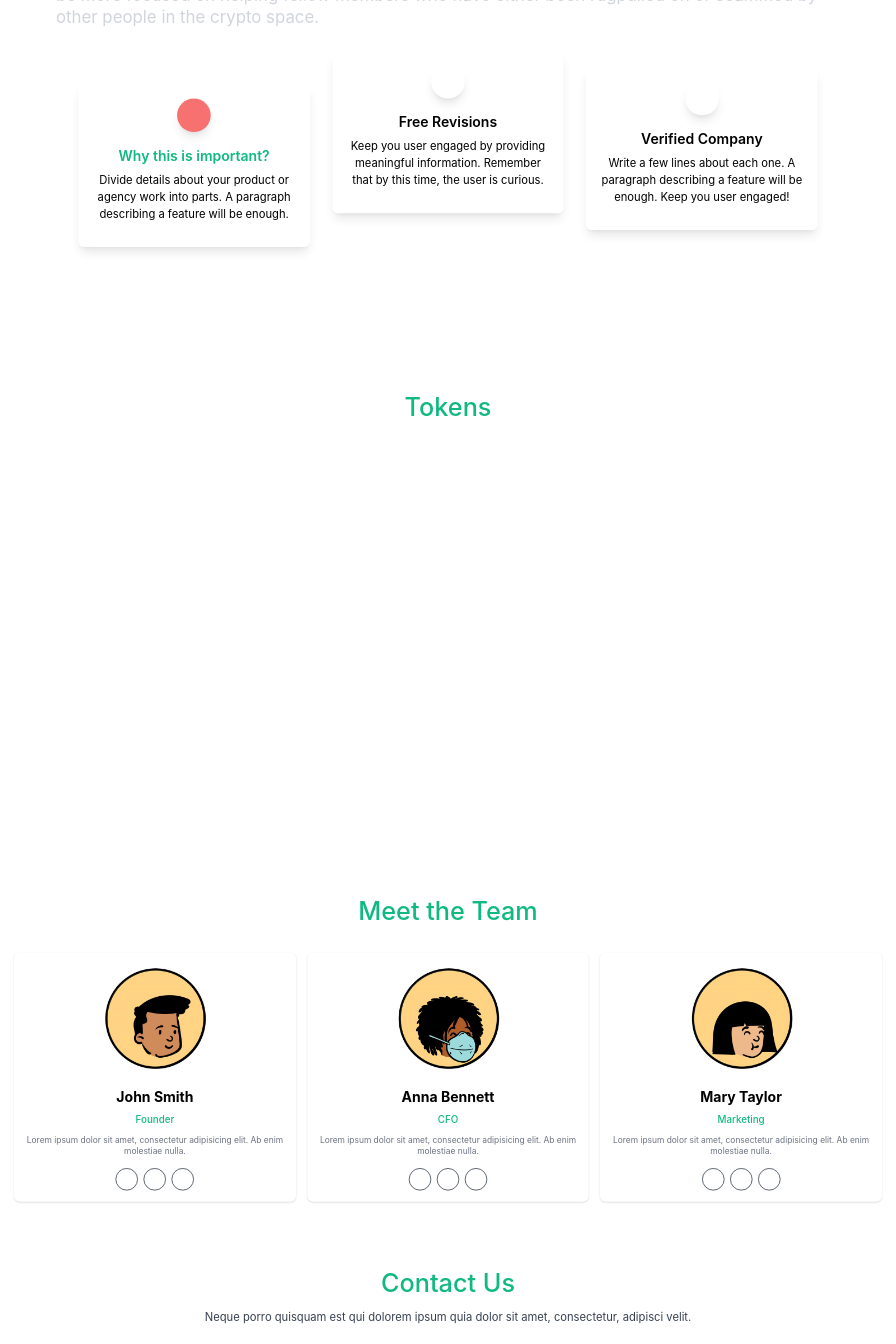
Repository: rhinorphan/phat-landing-page
Page: /
These files come from the project's save history. The page is drawn as it stood at one moment and after the next save; the edit follows.
The browser window is 1280 px wide. The pictures show the part of the page from y = 1504 to 3424 px (the page is 3968 px tall before and 4064 px after), at 70% of full size.
The project was rebuilt for these pictures with package versions that can differ from the ones it lists, and the page was loaded fresh each time. Also part of the build but not shown: craco.config.js.

Above is the page before, as saved 2021-11-17 17:30:49.

### public/index.html
<!DOCTYPE html>
<html lang="en">
  <head>
    <meta charset="utf-8" />
    <link rel="icon" href="%PUBLIC_URL%/assets/images/server_icon.png" />
    <meta name="PHAT" content="width=device-width, initial-scale=1" />
    <meta name="theme-color" content="#000000" />
    <meta
      name="description"
      content="PHAT Landing Page"
    />
    <link rel="apple-touch-icon" href="%PUBLIC_URL%/assets/images/server_icon.png" />
    <!--
      manifest.json provides metadata used when your web app is installed on a
      user's mobile device or desktop. See https://developers.google.com/web/fundamentals/web-app-manifest/
    -->
    <link rel="manifest" href="%PUBLIC_URL%/manifest.json" />
    <!--
      Notice the use of %PUBLIC_URL% in the tags above.
      It will be replaced with the URL of the `public` folder during the build.
      Only files inside the `public` folder can be referenced from the HTML.

      Unlike "/favicon.ico" or "favicon.ico", "%PUBLIC_URL%/favicon.ico" will
      work correctly both with client-side routing and a non-root public URL.
      Learn how to configure a non-root public URL by running `npm run build`.
    -->
    <title>Party Hats</title>
  </head>
  <body>
    <noscript>You need to enable JavaScript to run this app.</noscript>
    <div id="root"></div>
    <!--
      This HTML file is a template.
      If you open it directly in the browser, you will see an empty page.

      You can add webfonts, meta tags, or analytics to this file.
      The build step will place the bundled scripts into the <body> tag.

      To begin the development, run `npm start` or `yarn start`.
      To create a production bundle, use `npm run build` or `yarn build`.
    -->
  </body>
</html>

### src/App.js
import logo from './logo.svg';
import './App.css';
import Header from './components/Header';
import Contact from './components/Contact';
import Landing from './components/Landing';
import Community from './components/Community';
import Tokens from './components/Tokens';
import About from './components/About';

function App() {
  return (
    <div className="app">
        <Header />
        <div className="app__body">
          <Landing />
          <Community />
          <Tokens />
          <About />
          <Contact />
        </div>
    </div>
  );
}

export default App;

### src/App.css
.active {
  @apply py-4 px-2 text-green-500 border-b-4 border-green-500 font-semibold
}

.active2 {
  @apply block text-sm px-2 py-4 text-white bg-green-500 font-semibold
}

.nobull {
  list-style-type: none;
}

### src/components/Header.js
import React from 'react';
import { Link, animateScroll as scroll } from "react-scroll";

function Header() {

  const handleSubmit = (e) => {
    e.preventDefault();

		const menu = document.querySelector(".mobile-menu");

		menu.classList.toggle("hidden");
  }
  const scrollToTop = (e) => {
    scroll.scrollToTop();
  };

  return (
    <nav class="bg-white shadow-lg sticky top-0">
			<div class="max-w-6xl mx-auto px-4">
				<div class="flex justify-between">
					<div class="flex space-x-7">
						<div>
							<a href="" class="flex items-center py-4 px-2">
								<img src={`${process.env.PUBLIC_URL}/assets/images/server_icon.png`} alt="Logo" class="inline object-cover w-12 h-12 mr-4 rounded-full"/>
								<span onClick={scrollToTop}class="font-semibold text-gray-500 text-lg">Party Hats</span>
							</a>
						</div>
						<div class="hidden md:flex items-center space-x-1 nobull">
              <li><Link activeClass="active" className="py-4 px-2 text-gray-500 font-semibold hover:text-green-500 transition duration-300 cursor-pointer"
              to="landing" spy={true} smooth={true} duration={500}>Home</Link></li>
							<li><Link activeClass="active" className="py-4 px-2 text-gray-500 font-semibold hover:text-green-500 transition duration-300 cursor-pointer"
              to="community" spy={true} smooth={true} duration={500}>Community</Link></li>
              <li><Link activeClass="active" className="py-4 px-2 text-gray-500 font-semibold hover:text-green-500 transition duration-300 cursor-pointer"
              to="token" spy={true} smooth={true} duration={500}>Tokens</Link></li>
							<li><Link activeClass="active" className="py-4 px-2 text-gray-500 font-semibold hover:text-green-500 transition duration-300 cursor-pointer"
              to="about" spy={true} smooth={true} duration={500}>About</Link></li>
							<li><Link activeClass="active" className="py-4 px-2 text-gray-500 font-semibold hover:text-green-500 transition duration-300 cursor-pointer"
              to="contact" spy={true} smooth={true} duration={500}>Contact</Link></li>
						</div>
					</div>
					<div class="hidden md:flex items-center space-x-3 ">
						<a target="_blank" rel="noopener noreferrer" href="https://tetr.io/" class="py-2 px-8 font-medium text-white bg-green-500 hover:bg-green-400 transition duration-300 rounded-full">Play</a>
					</div>
					<div class="md:hidden flex items-center">
						<button class="outline-none mobile-menu-button" onClick={handleSubmit}>
						<svg class=" w-6 h-6 text-gray-500 hover:text-green-500 "
							x-show="!showMenu"
							fill="none"
							stroke-linecap="round"
							stroke-linejoin="round"
							stroke-width="2"
							viewBox="0 0 24 24"
							stroke="currentColor"
						>
							<path d="M4 6h16M4 12h16M4 18h16"></path>
						</svg>
					</button>
					</div>
				</div>
			</div>
			<div class="hidden mobile-menu">
				<ul class="">
					<li><Link activeClass="active2" className="block text-sm px-2 py-4 hover:bg-green-500 transition duration-300 hover:text-white cursor-pointer"
              to="landing" spy={true} smooth={true} duration={500}>Home</Link></li>
					<li><Link activeClass="active2" className="block text-sm px-2 py-4 hover:bg-green-500 transition duration-300 hover:text-white cursor-pointer"
              to="community" spy={true} smooth={true} duration={500}>Community</Link></li>
          <li><Link activeClass="active2" className="block text-sm px-2 py-4 hover:bg-green-500 transition duration-300 hover:text-white cursor-pointer"
              to="token" spy={true} smooth={true} duration={500}>Tokens</Link></li>
					<li><Link activeClass="active2" className="block text-sm px-2 py-4 hover:bg-green-500 transition duration-300 hover:text-white cursor-pointer"
              to="about" spy={true} smooth={true} duration={500}>About</Link></li>
					<li><Link activeClass="active2" className="block text-sm px-2 py-4 hover:bg-green-500 transition duration-300 hover:text-white cursor-pointer"
              to="contact" spy={true} smooth={true} duration={500}>Contact</Link></li>
				</ul>
			</div>
		</nav>
  )
}

export default Header

### src/components/Contact.js
import React from 'react'
import { Link, animateScroll as scroll } from "react-scroll";

function Contact() {

  return (
    <section
      className="text-gray-700 body-font h-100" name="contact">
        <div className="container px-5 py-18 mx-auto">
          <div className="flex flex-col text-center w-full mb-12">
            <h1 className="sm:text-4xl text-2xl font-medium title-font mb-4 text-green-500">
              Contact Us
            </h1>
            <p className="lg:w-2/3 mx-auto leading-relaxed text-base">
            Neque porro quisquam est qui dolorem ipsum quia dolor sit amet, consectetur, adipisci velit.
            </p>
          </div>
          <div className="lg:w-1/2 md:w-2/3 mx-auto">
            <div className="flex flex-wrap -m-2">
              <div className="p-2 w-1/2">
                <div className="">
                  <label for="name" className="leading-7 text-sm text-gray-600">
                    Name
                  </label>
                  <input
                    type="text"
                    id="name"
                    name="name"
                    className="w-full bg-gray-100 rounded border border-gray-300 focus:border-green-500 text-base outline-none text-gray-700 py-1 px-3 leading-8 transition-colors duration-200 ease-in-out"
                  />
                </div>
              </div>
              <div className="p-2 w-1/2">
                <div className="">
                  <label
                    for="email"
                    className="leading-7 text-sm text-gray-600"
                  >
                    Email
                  </label>
                  <input
                    type="email"
                    id="email"
                    name="email"
                    className="w-full bg-gray-100 rounded border border-gray-300 focus:border-green-500 text-base outline-none text-gray-700 py-1 px-3 leading-8 transition-colors duration-200 ease-in-out"
                  />
                </div>
              </div>
              <div className="p-2 w-full">
                <div className="">
                  <label
                    for="message"
                    className="leading-7 text-sm text-gray-600"
                  >
                    Message
                  </label>
                  <textarea
                    id="message"
                    name="message"
                    className="w-full bg-gray-100 rounded border border-gray-300 focus:border-green-500 h-32 text-base outline-none text-gray-700 py-1 px-3 resize-none leading-6 transition-colors duration-200 ease-in-out"
                  ></textarea>
                </div>
              </div>
              <div className="p-2 w-full">
                <button className="flex mx-auto py-2 px-8 font-medium text-white bg-green-500 rounded hover:bg-green-400 transition duration-300">
                  Send
                </button>
              </div>
              <div className="p-2 w-full pt-8 mt-8 border-t border-gray-200 text-center">
                <a className="text-green-500">example@email.com</a>
                <p className="leading-normal my-5">
                  49 Smith St.
                  <br />
                  Saint Cloud, MN 56301
                </p>
                <span className="inline-flex">
                  <a className="ml-4 text-gray-500">
                    <svg xmlns="http://www.w3.org/2000/svg" className="w-5 h-5" fill="currentColor" class="bi bi-discord" viewBox="0 0 16 16">
                      <path d="M13.545 2.907a13.227 13.227 0 0 0-3.257-1.011.05.05 0 0 0-.052.025c-.141.25-.297.577-.406.833a12.19 12.19 0 0 0-3.658 0 8.258 8.258 0 0 0-.412-.833.051.051 0 0 0-.052-.025c-1.125.194-2.22.534-3.257 1.011a.041.041 0 0 0-.021.018C.356 6.024-.213 9.047.066 12.032c.001.014.01.028.021.037a13.276 13.276 0 0 0 3.995 2.02.05.05 0 0 0 .056-.019c.308-.42.582-.863.818-1.329a.05.05 0 0 0-.01-.059.051.051 0 0 0-.018-.011 8.875 8.875 0 0 1-1.248-.595.05.05 0 0 1-.02-.066.051.051 0 0 1 .015-.019c.084-.063.168-.129.248-.195a.05.05 0 0 1 .051-.007c2.619 1.196 5.454 1.196 8.041 0a.052.052 0 0 1 .053.007c.08.066.164.132.248.195a.051.051 0 0 1-.004.085 8.254 8.254 0 0 1-1.249.594.05.05 0 0 0-.03.03.052.052 0 0 0 .003.041c.24.465.515.909.817 1.329a.05.05 0 0 0 .056.019 13.235 13.235 0 0 0 4.001-2.02.049.049 0 0 0 .021-.037c.334-3.451-.559-6.449-2.366-9.106a.034.034 0 0 0-.02-.019Zm-8.198 7.307c-.789 0-1.438-.724-1.438-1.612 0-.889.637-1.613 1.438-1.613.807 0 1.45.73 1.438 1.613 0 .888-.637 1.612-1.438 1.612Zm5.316 0c-.788 0-1.438-.724-1.438-1.612 0-.889.637-1.613 1.438-1.613.807 0 1.451.73 1.438 1.613 0 .888-.631 1.612-1.438 1.612Z"/>
                    </svg>
                  </a>
                  <a className="ml-4 text-gray-500">
                    <svg xmlns="http://www.w3.org/2000/svg" className="w-5 h-5" fill="currentColor" class="bi bi-telegram" viewBox="0 0 16 16">
                      <path d="M16 8A8 8 0 1 1 0 8a8 8 0 0 1 16 0zM8.287 5.906c-.778.324-2.334.994-4.666 2.01-.378.15-.577.298-.595.442-.03.243.275.339.69.47l.175.055c.408.133.958.288 1.243.294.26.006.549-.1.868-.32 2.179-1.471 3.304-2.214 3.374-2.23.05-.012.12-.026.166.016.047.041.042.12.037.141-.03.129-1.227 1.241-1.846 1.817-.193.18-.33.307-.358.336a8.154 8.154 0 0 1-.188.186c-.38.366-.664.64.015 1.088.327.216.589.393.85.571.284.194.568.387.936.629.093.06.183.125.27.187.331.236.63.448.997.414.214-.02.435-.22.547-.82.265-1.417.786-4.486.906-5.751a1.426 1.426 0 0 0-.013-.315.337.337 0 0 0-.114-.217.526.526 0 0 0-.31-.093c-.3.005-.763.166-2.984 1.09z"/>
                    </svg>
                  </a>
                </span>
              </div>
            </div>
          </div>
        </div>
      </section>
  )
}

export default Contact

### src/components/Landing.js
import React from 'react'
import { Link, animateScroll as scroll } from "react-scroll";

function Landing() {
  return (
    <section className="grid md:flex place-items-center h-screen py-10 px-4" name="landing">
      <div class="mx-16">
        <h2 class="text-4xl  font-bold mb-2 text-green-500">
          Community Arcade Cabinet
        </h2>
        <h3 class="text-2xl mb-2 text-gray-300">
        With your beloved games.
        </h3>
        <h3 class="text-2xl mb-8 text-green-500">
        Join the revolution!
        </h3>

        <button class="m-2 bg-white font-bold rounded-full py-4 px-8 shadow-lg uppercase tracking-wider text-green-500 hover:bg-green-400 transition duration-300 hover:text-white">
          <a target="_blank" rel="noopener noreferrer" href="https://lionell-moore.gitbook.io/crypto-party-hats/introductions/what-is-party-hats">Whitepaper</a>
        </button>
        <button class="m-2 bg-white font-bold rounded-full py-4 px-8 shadow-lg uppercase tracking-wider text-green-500 hover:bg-green-400 transition duration-300 hover:text-white">
          <a target="_blank" rel="noopener noreferrer" href="#"><Link activeClass="active"
              to="community" spy={true} smooth={true} duration={500}>Learn More</Link></a>
        </button>
      </div>
      <div className="w-full">
        <img src={`${process.env.PUBLIC_URL}/assets/images/landing.png`} alt="" className="h-full w-full"/>
      </div>
    </section>
  )
}

export default Landing

### src/components/Community.js
import React from 'react'

function Community() {
  return (
    <section className="grid md:grid place-items-center h-100 py-10 px-4" name="community">
      <div className="w-min-50">
        <img src={`${process.env.PUBLIC_URL}/assets/images/collab.png`} alt=""/>
      </div>
      <div class="mx-16 w-50">
        <h2 class="flex text-4xl  font-bold mb-2 text-green-500 justify-center">
        Party Hats?
        </h2>
        <h3 class="flex text-2xl mb-2 text-gray-300 justify-content">
        The Party Hats team and our community aims to be a central guild for anyone to join in and spend some time playing games with others as if you were at the arcade with friends. Out community will be more focused on helping fellow members who have either been rugpulled on or scammed by other people in the crypto space.
        </h3>
        <section class="pb-10 bg-blueGray-200 mt-8">
        <div class="container mx-auto px-4">
          <div class="flex flex-wrap">
            <div class="lg:pt-12 pt-6 w-full md:w-4/12 px-4 text-center">
              <div class="relative flex flex-col min-w-0 break-words bg-white w-full mb-8 shadow-lg rounded-lg">
                <div class="px-4 py-5 flex-auto">
                  <div class="text-white p-3 text-center inline-flex items-center justify-center w-12 h-12 mb-5 shadow-lg rounded-full bg-red-400">
                    <i class="fas fa-award"></i>
                  </div>
                  <h6 class="text-xl font-semibold text-green-500">Why this is important?</h6>
                  <p class="mt-2 mb-4 text-blueGray-500">
                    Divide details about your product or agency work into parts.
                    A paragraph describing a feature will be enough.
                  </p>
                </div>
              </div>
            </div>
            <div class="w-full md:w-4/12 px-4 text-center">
              <div class="relative flex flex-col min-w-0 break-words bg-white w-full mb-8 shadow-lg rounded-lg">
                <div class="px-4 py-5 flex-auto">
                  <div class="text-white p-3 text-center inline-flex items-center justify-center w-12 h-12 mb-5 shadow-lg rounded-full bg-lightBlue-400">
                    <i class="fas fa-retweet"></i>
                  </div>
                  <h6 class="text-xl font-semibold">Free Revisions</h6>
                  <p class="mt-2 mb-4 text-blueGray-500">
                    Keep you user engaged by providing meaningful information.
                    Remember that by this time, the user is curious.
                  </p>
                </div>
              </div>
            </div>
            <div class="pt-6 w-full md:w-4/12 px-4 text-center">
              <div class="relative flex flex-col min-w-0 break-words bg-white w-full mb-8 shadow-lg rounded-lg">
                <div class="px-4 py-5 flex-auto">
                  <div class="text-white p-3 text-center inline-flex items-center justify-center w-12 h-12 mb-5 shadow-lg rounded-full bg-emerald-400">
                    <i class="fas fa-fingerprint"></i>
                  </div>
                  <h6 class="text-xl font-semibold">Verified Company</h6>
                  <p class="mt-2 mb-4 text-blueGray-500">
                    Write a few lines about each one. A paragraph describing a
                    feature will be enough. Keep you user engaged!
                  </p>
                </div>
              </div>
            </div>
          </div>
        </div>
        </section>
      </div>
    </section>
  )
}

export default Community

### src/components/Tokens.js
import React from 'react'

function Tokens() {
  return (
    <section name="token" className="h-screen container px-5 py-24 mx-auto flex justify-center">
      <p className="sm:text-4xl text-2xl font-medium title-font mb-4 text-green-500">Tokens</p>
    </section>
  )
}

export default Tokens

### src/components/About.js
import React from 'react'

// shadow-lg border border-gray-200 rounded-full overflow-hidden - picture TEAM div className

function About() {
  return (
    <section name="about" className="h-100 container px-5 py-24 mx-auto flex-col">
      <div>
        <p className="flex justify-center sm:text-4xl text-2xl font-medium title-font mb-10 text-green-500">Meet the Team</p>
      </div>
      <div class="flex flex-col sm:flex-row gap-4">

			<div class="flex flex-col items-center justify-center bg-white p-4 shadow rounded-lg">
				<div class="inline-flex h-40 w-40">
					<img src={`${process.env.PUBLIC_URL}/assets/images/team1.png`}
						 alt=""
						 class="h-full w-full"/>
				</div>

				<h2 class="mt-4 font-bold text-xl">John Smith</h2>
				<h6 class="mt-2 text-sm font-medium text-green-500">Founder</h6>

				<p class="text-xs text-gray-500 text-center mt-3">
					Lorem ipsum dolor sit amet, consectetur adipisicing elit. Ab enim molestiae nulla.
				</p>

				<ul class="flex flex-row mt-4 space-x-2">
					<li>
						<a href="" class="flex items-center justify-center h-8 w-8 border rounded-full text-gray-800 border-gray-800">
							<i class="fab fa-facebook"></i>
						</a>
					</li>
					<li>
						<a href="" class="flex items-center justify-center h-8 w-8 border rounded-full text-gray-800 border-gray-800">
							<i class="fab fa-twitter"></i>
						</a>
					</li>
					<li>
						<a href="" class="flex items-center justify-center h-8 w-8 border rounded-full text-gray-800 border-gray-800">
							<i class="fab fa-instagram"></i>
						</a>
					</li>
				</ul>
			</div>

			<div class="flex flex-col items-center justify-center bg-white p-4 shadow rounded-lg">
				<div class="inline-flex h-40 w-40">
					<img src={`${process.env.PUBLIC_URL}/assets/images/team2.png`}
						 alt=""
						 class="h-full w-full"/>
				</div>

				<h2 class="mt-4 font-bold text-xl">Anna Bennett</h2>
				<h6 class="mt-2 text-sm font-medium text-green-500">CFO</h6>

				<p class="text-xs text-gray-500 text-center mt-3">
					Lorem ipsum dolor sit amet, consectetur adipisicing elit. Ab enim molestiae nulla.
				</p>

				<ul class="flex flex-row mt-4 space-x-2">
					<li>
						<a href="" class="flex items-center justify-center h-8 w-8 border rounded-full text-gray-800 border-gray-800">
							<i class="fab fa-facebook"></i>
						</a>
					</li>
					<li>
						<a href="" class="flex items-center justify-center h-8 w-8 border rounded-full text-gray-800 border-gray-800">
							<i class="fab fa-twitter"></i>
						</a>
					</li>
					<li>
						<a href="" class="flex items-center justify-center h-8 w-8 border rounded-full text-gray-800 border-gray-800">
							<i class="fab fa-instagram"></i>
						</a>
					</li>
				</ul>
			</div>

			<div class="flex flex-col items-center justify-center bg-white p-4 shadow rounded-lg">
				<div class="inline-flex h-40 w-40">
					<img src={`${process.env.PUBLIC_URL}/assets/images/team3.png`}
						 alt=""
						 class="h-full w-full"/>
				</div>

				<h2 class="mt-4 font-bold text-xl">Mary Taylor</h2>
				<h6 class="mt-2 text-sm font-medium text-green-500">Marketing</h6>

				<p class="text-xs text-gray-500 text-center mt-3">
					Lorem ipsum dolor sit amet, consectetur adipisicing elit. Ab enim molestiae nulla.
				</p>

				<ul class="flex flex-row mt-4 space-x-2">
					<li>
						<a href="" class="flex items-center justify-center h-8 w-8 border rounded-full text-gray-800 border-gray-800">
							<i class="fab fa-facebook"></i>
						</a>
					</li>
					<li>
						<a href="" class="flex items-center justify-center h-8 w-8 border rounded-full text-gray-800 border-gray-800">
							<i class="fab fa-twitter"></i>
						</a>
					</li>
					<li>
						<a href="" class="flex items-center justify-center h-8 w-8 border rounded-full text-gray-800 border-gray-800">
							<i class="fab fa-instagram"></i>
						</a>
					</li>
				</ul>
			</div>

		</div>

    </section>
  )
}

export default About

Loaded but not shown: src/index.js (common file); src/index.css (common file); src/reportWebVitals.js (common file); tailwind.config.js (common file)

After the next save:
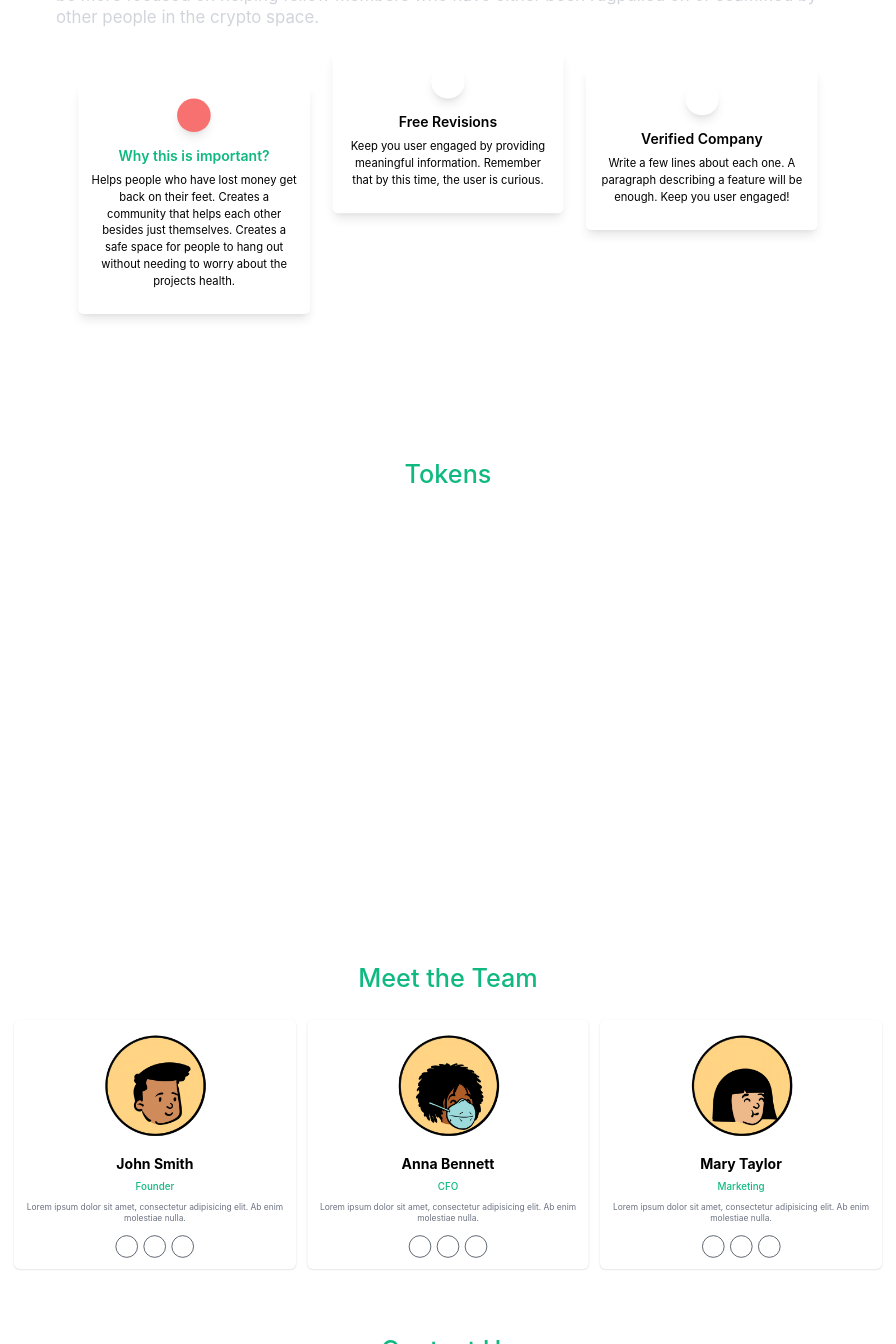
Saved 26 s later.
--- a/src/components/Community.js
+++ b/src/components/Community.js
@@ -24,8 +24,9 @@ function Community() {
                   </div>
                   <h6 class="text-xl font-semibold text-green-500">Why this is important?</h6>
                   <p class="mt-2 mb-4 text-blueGray-500">
-                    Divide details about your product or agency work into parts.
-                    A paragraph describing a feature will be enough.
+                  Helps people who have lost money get back on their feet.
+                  Creates a community that helps each other besides just themselves.
+                  Creates a safe space for people to hang out without needing to worry about the projects health.
                   </p>
                 </div>
               </div>
